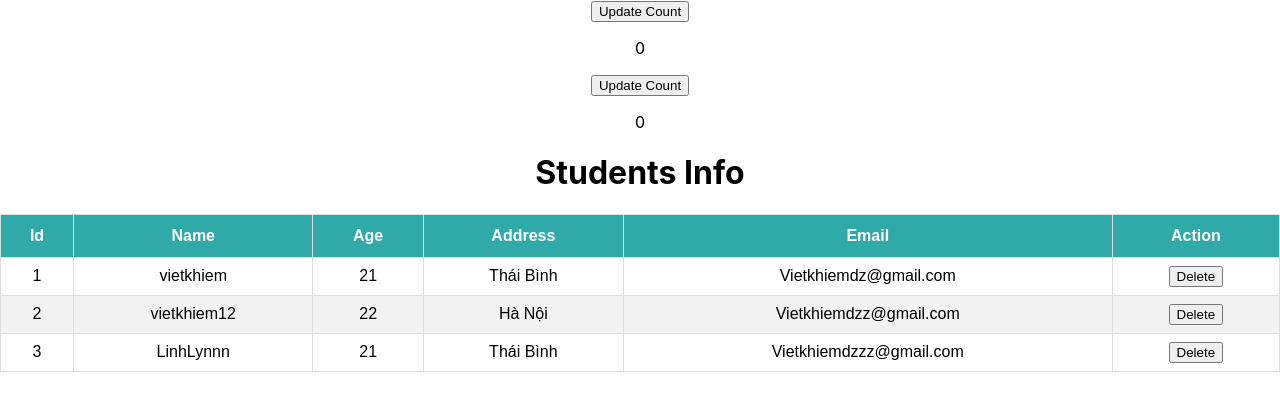
Repository: vietkhiem/TypeScript
Page: /
An editor plug-in stored every save of this project. The page is shown before and after the next save, followed by the edit.
The browser window is 1280 px wide. The pictures show the whole page.
The project was rebuilt for these pictures with package versions that can differ from the ones it lists, and the page was loaded fresh each time.

Above is the page before, as saved 2022-03-18 17:09:40.

After the next save:
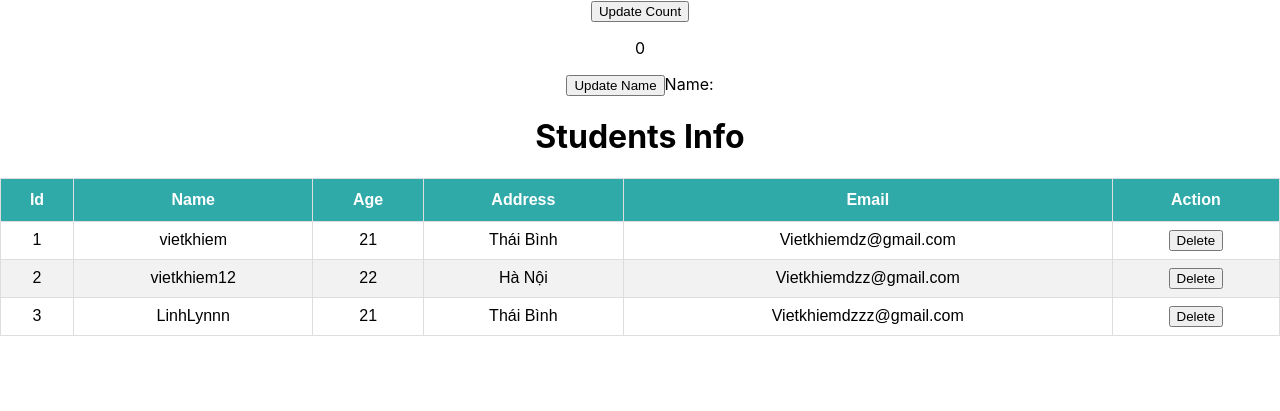
Saved 31 s later.
--- a/src/App.tsx
+++ b/src/App.tsx
@@ -34,8 +34,8 @@
     <div className="App">
       <button onClick={() => setCount(count+1)}>Update Count</button>
       <p>{count}</p>
-      <button onClick={() => setName('viet khiem')}>Update Count</button>
-      <p>{count}</p>
+      <button onClick={() => setName('viet khiem')}>Update Name</button>
+      Name: <p>{name}</p>
       {/* thêm view login vào trong App.tsx */}
         <Login />
         {/* thêm components table vào app */}

After the save that followed:
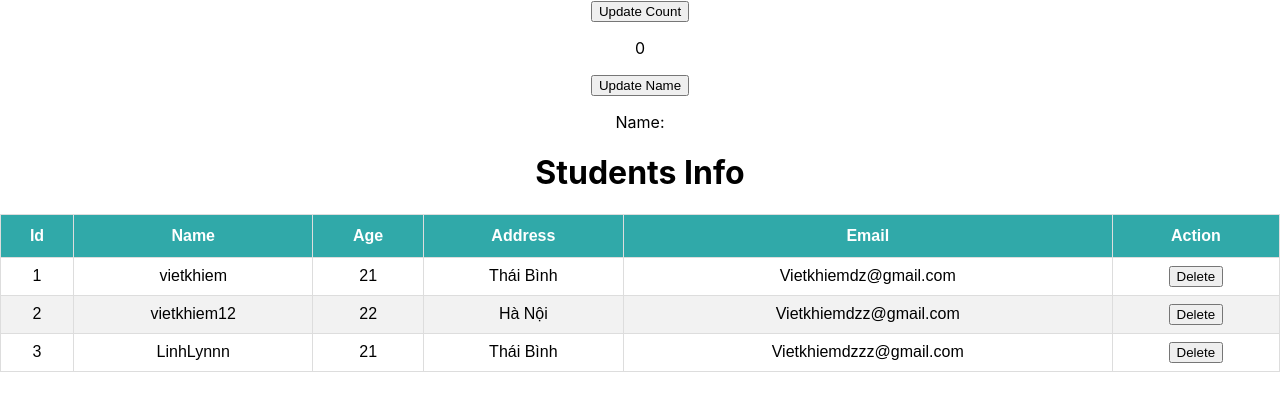
Saved 28 s later.
--- a/src/App.tsx
+++ b/src/App.tsx
@@ -33,9 +33,9 @@
   return (
     <div className="App">
       <button onClick={() => setCount(count+1)}>Update Count</button>
-      <p>{count}</p>
+        <p>{count}</p>
       <button onClick={() => setName('viet khiem')}>Update Name</button>
-      Name: <p>{name}</p>
+        <p>Name: {name}</p>
       {/* thêm view login vào trong App.tsx */}
         <Login />
         {/* thêm components table vào app */}
